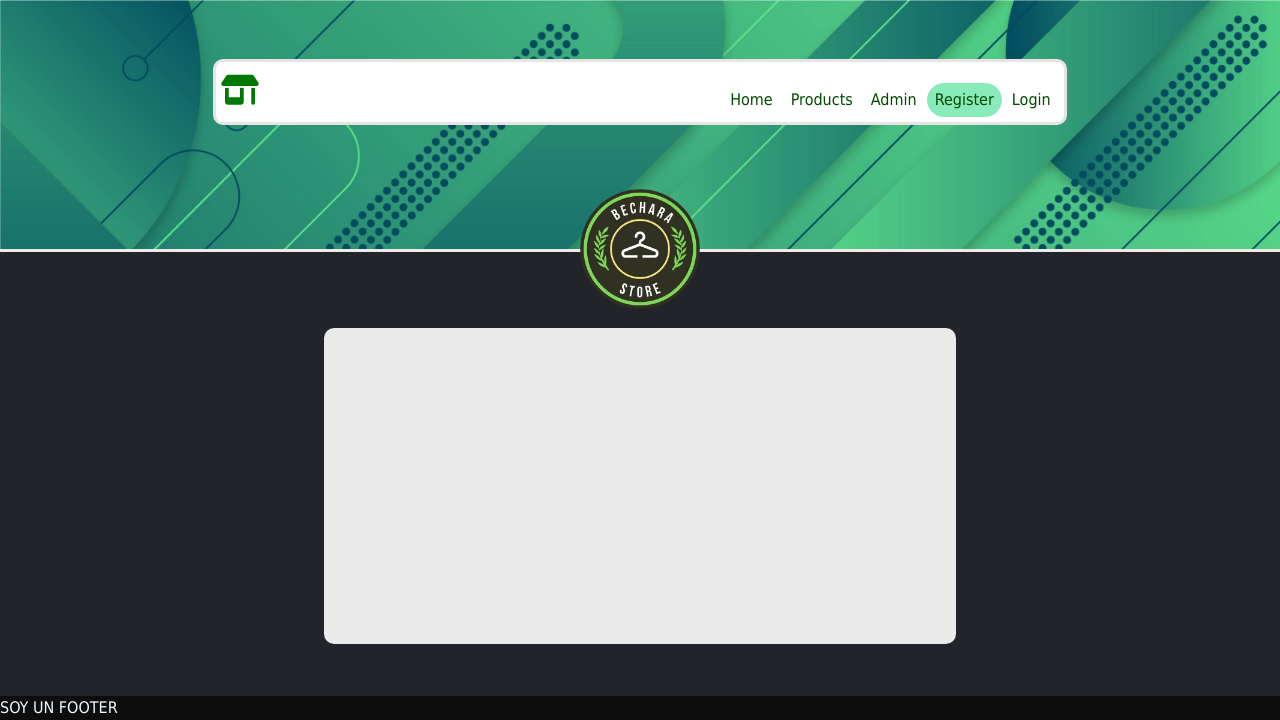
Repository: bechara611/becharastore
Page: /Register
These files come from the project's save history. The page is drawn as it stood at one moment and after the next save; the edit follows.
The browser window is 1280 px wide. The pictures show the whole page.
The project was rebuilt for these pictures with package versions that can differ from the ones it lists, and the page was loaded fresh each time. Also part of the build but not shown: src/Auth/components/Login.jsx.

Above is the page before, as saved 2023-01-27 15:50:25.

### public/index.html
<!DOCTYPE html>
<html lang="en">
  <head>
    <meta charset="utf-8" />
    <link rel="icon" href="%PUBLIC_URL%/favicon.ico" />
    <meta name="viewport" content="width=device-width, initial-scale=1" />
    <meta name="theme-color" content="#000000" />
    <meta
      name="description"
      content="Web site created using create-react-app"
    />
    <link rel="apple-touch-icon" href="%PUBLIC_URL%/logo192.png" />
    <link rel="preconnect" href="https://fonts.googleapis.com">
    <link rel="stylesheet" href="https://cdnjs.cloudflare.com/ajax/libs/font-awesome/6.2.1/css/all.min.css" integrity="sha512-MV7K8+y+gLIBoVD59lQIYicR65iaqukzvf/nwasF0nqhPay5w/9lJmVM2hMDcnK1OnMGCdVK+iQrJ7lzPJQd1w==" crossorigin="anonymous" referrerpolicy="no-referrer" />
<link rel="preconnect" href="https://fonts.gstatic.com" crossorigin>
<link rel="preconnect" href="https://fonts.googleapis.com">
<link rel="preconnect" href="https://fonts.gstatic.com" crossorigin>
<link href="https://fonts.googleapis.com/css2?family=Montserrat:ital,wght@0,100;0,200;0,300;0,400;0,500;0,600;0,700;0,800;0,900;1,100;1,200;1,300;1,500;1,700;1,800;1,900&family=Shadows+Into+Light&display=swap" rel="stylesheet">
    <!--
      manifest.json provides metadata used when your web app is installed on a
      user's mobile device or desktop. See https://developers.google.com/web/fundamentals/web-app-manifest/
    -->
    <link rel="manifest" href="%PUBLIC_URL%/manifest.json" />
    <!--
      Notice the use of %PUBLIC_URL% in the tags above.
      It will be replaced with the URL of the `public` folder during the build.
      Only files inside the `public` folder can be referenced from the HTML.

      Unlike "/favicon.ico" or "favicon.ico", "%PUBLIC_URL%/favicon.ico" will
      work correctly both with client-side routing and a non-root public URL.
      Learn how to configure a non-root public URL by running `npm run build`.
    -->

<link href="https://cdn.jsdelivr.net/npm/bootstrap@5.2.3/dist/css/bootstrap.min.css" rel="stylesheet" >


  </head>
  <body>
    <noscript>You need to enable JavaScript to run this app.</noscript>
    <div id="root"></div>
    <!--
      This HTML file is a template.
      If you open it directly in the browser, you will see an empty page.

      You can add webfonts, meta tags, or analytics to this file.
      The build step will place the bundled scripts into the <body> tag.

      To begin the development, run `npm start` or `yarn start`.
      To create a production bundle, use `npm run build` or `yarn build`.
    -->
    <script src="https://cdn.jsdelivr.net/npm/bootstrap@5.2.3/dist/js/bootstrap.bundle.min.js" integrity="sha384-kenU1KFdBIe4zVF0s0G1M5b4hcpxyD9F7jL+jjXkk+Q2h455rYXK/7HAuoJl+0I4" crossorigin="anonymous"></script>
  </body>

</html>

### src/index.js
import React from 'react';
import ReactDOM from 'react-dom/client';
import './index.css';
import {App} from './App';
import { BrowserRouter } from 'react-router-dom';
import 'animate.css';

const root = ReactDOM.createRoot(document.getElementById('root'));
root.render(
    <BrowserRouter>
    <App />
    </BrowserRouter>
);

### src/index.css

:root {
    --verde1: rgb(2, 74, 2);
    --verde2:rgb(1, 120, 1);
    --verde3:rgb(23, 215, 119,.5);
    --verde4:rgba(78,202,132,255);
    --verde5:rgba(34,128,112,255);
  }


*{
    color: aliceblue;
    /* font-family: 'Montserrat', sans-serif; */
    font-family: 'Droid Sans', Tahoma, Geneva, Verdana, sans-serif;

}

.fondito{
    background: red;
}
.fondito2{
    background: purple;
}

### src/App.jsx
import React from 'react'
import { Caparazon } from './UI/Components/Caparazon'
import { ContenedorPrincipal } from './UI/Components/ContenedorPrincipal'
import { Header } from './UI/Components/Header'
import { Footer } from './UI/Components/Footer'
import { MainCuerpo } from './UI/Components/MainCuerpo'
export const App = () => {
  return (
    <>
      {/*Primero el caparazon de la pagina, que es un div que tiene un 100vh de altura, el cual en el obtiene a sus children:
    esto children son el Header ocupando el 30vh y el Contenedor Principal ocupando el 70vh restante.
  */}
      <Caparazon>
        <Header></Header>
        <ContenedorPrincipal> {/*El contenedor principal a su vez lleva sus hijos dos elementos, el footer que le pusimos absolute para ubicarlo de ultimo y el MainCuerpo que tienes las rutas */}
          <MainCuerpo></MainCuerpo>{/*Este MainCuerpo tiene las rutas de la aplicacion, es el main de la pagina y lo que va a cambiar dependiendo donde estemos */}


          <Footer></Footer>  {/*Este es el footer que utilizamos para el pie de pagina, tiene posicion absolute como dije anteriormnete */}
        </ContenedorPrincipal>


      </Caparazon>
    </>

  )
}

### src/UI/Components/Caparazon.jsx
import React from 'react'
import './Caparazon.css'
export const Caparazon = ({ children }) => {
    return (
        <>
{/*Caparazon princiapal donde el mismo tiene un flex en colum, adentro tiene sus hijos que son un div que
ocupe el 70vh donde eesta todo lo demas y el 30vh primero es del header */}
            <div className='caparazonPrincipal bg-dark'>

                {children}

            </div>
        </>
    )
}

### src/UI/Components/ContenedorPrincipal.jsx
import React from 'react'
import './ContenedorPrincipal.css'
export const ContenedorPrincipal = ({ children }) => {
  return (
    <div className='ContenedorPrincipal'>
    {/*Aca de hijos tendran las rutas para verse en el medio y el footer, este tiene un position relative para que su hijo footer pueda
  ubicarse en la parte de abajo */}
      {children}
    </div>
  )
}

### src/UI/Components/Header.jsx
import React from 'react'
import './Header.css'
import { MenuNavbar } from './MenuNavbar'
import brand from './../../img/brand2.png'


export const Header = () => {
  return (
    <>
      {/*El header ocupa el 30vh de la pagina, el primer div lo tiene, aca se incorpora el nav y el logo. */}
      <div className="header">
        <div className="col-12">


          <MenuNavbar></MenuNavbar>
          <div className="row">
            <div className="col-12 filaLogoHeader">
              <img src={brand} className='brand animate__animated animate__flip' id='brand' alt="brand" />

            </div>
          </div>

        </div>

      </div>



    </>
  )
}

### src/UI/Components/Footer.jsx
import React from 'react'
import './Footer.css'
export const Footer = () => {
  return (
    <>
    {/*Aca este footer le estamos colocando una posicion absolute y a su padre relativa para poder ubicarlo al final de su div padre */}
    <div className="footer col-12">SOY UN FOOTER</div>
    </>

  )
}

### src/UI/Components/MainCuerpo.jsx
import React from 'react'
import { RouterApp } from '../../router/Routes'
import './MainCuerpo.css'

export const MainCuerpo = () => {

  return (
    <>
    {/*Aca se guardan las rutas como tal de la aplicacion y es llamado adentro de contenedorPrincipal */}
    <RouterApp></RouterApp>
    </>
    )
}

### src/UI/Components/Caparazon.css
/*Estilos del caparazon como tal principal*/
    /*Aca colocamos que el caparazonPrincipal ocupa toda la pantalla, y una direccion en column para que el header sea de 30vh y el resto el otro div  */
.caparazonPrincipal{
    display: flex;
    flex-direction: column;
    justify-content: space-between;
    min-height: 100vh;

}

### src/UI/Components/ContenedorPrincipal.css
/*Aca al contenedor ponemos positionRelative para que el footer pueda tener una posicion absoluta y se pueda posicionar al final*/
.ContenedorPrincipal{
    min-height: 65vh;

    position: relative;
}

### src/UI/Components/Header.css
.header {
    display: flex;
    background: rgb(157, 240, 194) url("./../../img/Header2.jpg");
    background-color: rgb(18, 18, 18);
    background-repeat: no-repeat;
    background-attachment: fixed;
    background-size: cover;
    background-position: top center;
    min-height: 30%;
    height: 35vh;
    max-height: 35vh;
    width: 100%;
    min-width: 100%;
    position: relative;
    border-bottom: 3px solid rgb(244, 233, 233);
}

/*Aca estoy posicion en el medio el logo como tal del header y luego abajo le pongo una posicion absolute para moverlo*/
.filaLogoHeader {
    display: flex;
    flex-direction: row;
    justify-content: center;

}

.brand {
    width: 150px;
    height: 150px;
    max-height: 150px;
    max-width: 150px;
    min-height: 150px;
    position: absolute;
    bottom: -30%;
  z-index: 1000;

}

/*?RESPONSIVE*/


@media(max-width:500px){

    .brand {
        width: 120px;
        height:120px;
        max-height: 120px;
        max-width: 120px;
        min-height: 120px;
        position: absolute;
        bottom: 0%;

    }
}

### src/UI/Components/MenuNavbar.jsx
import React from 'react'
import { NavLink } from 'react-router-dom';
import { Animacionlogo } from '../helper/AnimacionAlLogo';
import './MenuNavbar.css'

export const MenuNavbar = () => {
    return (
        <>
            {/**Aca va el navBar de la aplicacion que tendra el menu */}
            <div className="col-12 contenedor-nav">
                <nav className="navbar navbar-expand-md  menunav col-8 ">


                  <NavLink to={'/'}> <i className="fa-solid fa-shop marca"></i></NavLink>


                    <button
                        className="navbar-toggler"
                        type="button"
                        data-bs-toggle="collapse"
                        data-bs-target="#navbarNavAltMarkup"
                        aria-controls="navbarNavAltMarkup"
                        aria-expanded="false"
                        aria-label="Show / Hide Menu"
                    >
                        <span className="navbar-toggler-icon"></span>
                    </button>
                    <div className="collapse navbar-collapse mt-3" id="navbarNavAltMarkup">
                        <div className="navbar-nav col-12  contenedor-interno-nav">
                            <NavLink className={ ({isActive}) => `nav-item nav-link  ${ isActive ? 'activeLink':'' }` } to={'/'} onClick={()=>Animacionlogo()}>
                            Home</NavLink>

                            <NavLink className={ ({isActive}) => `nav-item nav-link  ${ isActive ? 'activeLink':'' }` } to={'/Products'} onClick={()=>Animacionlogo()}>Products</NavLink>
                            <NavLink className={ ({isActive}) => `nav-item nav-link  ${ isActive ? 'activeLink':'' }` } to={'/admin'} onClick={()=>Animacionlogo()}>Admin</NavLink>
                            <NavLink className={ ({isActive}) => `nav-item nav-link  ${ isActive ? 'activeLink':'' }` } to={'/Register'} onClick={()=>Animacionlogo()}>Register</NavLink>
                            <NavLink className={ ({isActive}) => `nav-item nav-link   ${ isActive ? 'activeLink':'' }` } to={'/auth'} onClick={()=>Animacionlogo()}>Login</NavLink>
                            </div>
                    </div>
                </nav>
            </div>
        </>
    )
}

### src/UI/Components/Footer.css
.footer{
    background: rgb(13, 13, 14);
    position: absolute;
    bottom: 0%;

}

### src/router/Routes.jsx
import React from 'react'
import { Navigate, Route, Routes } from 'react-router-dom'
import { Login } from '../Auth/components/Login'
import { Register } from '../Auth/components/Register'

/*Este componente es nuestro router, que segun la URL donde estemos mostrada:
1) Una pagina Home
2) Pagina de registro
3) Pagina de login
4) Pagina de Productos
*/

export const RouterApp = () => {
  return (
    <Routes>
    <Route path='/' element={<h1>Home</h1>}></Route>
    <Route path='/auth' element={<Login></Login>}></Route>
    <Route path='/Register' element={<Register></Register>}></Route>
    <Route path='/Products' element={<h1>Productos</h1>}></Route>
    <Route path='/admin' element={<h1>Admin</h1>}></Route>
    <Route path='/*' element={<Navigate to={'/'}></Navigate>}></Route>
    </Routes>
  )
}

### src/UI/helper/AnimacionAlLogo.js
export const Animacionlogo=()=>{
    const elemento= document.getElementById('brand');
    elemento.classList.remove('animate__flip')

    setTimeout(() => {
     elemento.classList.add('animate__flip')
    }, 200);
    return true;
}

### src/UI/Components/MenuNavbar.css
.contenedor-nav {
    position: fixed;
    display: flex;
    flex-direction: row;
    justify-content: center;
    align-self: center;
    align-items: center;
    position: absolute;
    bottom: 50%;
    z-index: 2;

}
.marca{
 font-size: 30px;
 color: black;
 color: var(--verde2);
 padding-right: 10px;

}

.menunav {
    background: rgba(255, 255, 255, 1);
    border-radius: 10px;
    padding: 5px;
    border: 3px solid rgba(205, 204, 200, 0.5);
    flex-wrap: wrap;
    display: flex;

}

/*Esta parte es el contenedor que tiene el navbar de los navLink es decir, menu como tal.
Estoy diciendo que normalmente estaran a la derecha.
*/
.contenedor-interno-nav {
    display: flex;
    flex-direction: row;
    justify-content: flex-end;
    flex-wrap: wrap;

}
/*Diseno a los links como tal*/
.nav-link{
    margin-left: 2px;
    color: var(--verde1);
    font-weight: 400;
    background: rgb(44, 232, 138,0);
    border-radius: 30px;
    padding: 5px;

}
.nav-link:hover{
   color: var(--verde2)

}
.activeLink{  background: var(--verde3);
    border-radius: 30px;}

/**-----------------------------------------------------------------------------*/

/*?RESPONSIVE*/

/*Para este apartado cuando llegue a cierto tamaño como tal el nav se pondra mas abajo para que al darle al boton se abra y se pueda apreciar y no quede muy arriba*/
@media(max-width:500px) {
    .contenedor-nav {
       position: sticky;

    }
    /*Aca haces que el navBar tenga todo el tamaño al llegar a dispositivos pequeños*/
    .menunav {
        width: 100%;

    }
}

/*SERIE DE RESPONSIVES A LOS PADDING DE LAS OPCIONES DEL MENU*/

@media(max-width:375px){
    .nav-link{
        margin-left: 5px;
    }
}

@media(max-width:262px){
    .nav-link{
        margin-left: 10px;
    }
    .menunav{
        justify-content: center;
        text-align: center;
        align-items: center;
        align-self: center;
    }
}

/*Necesidad de que el nav el menu se pongan o separados o uno debajo del otro cuando se active el boton del collapse*/
@media(max-width:992px) {
    .contenedor-interno-nav {
        justify-content: space-around;
    }
}

### src/Auth/components/Register.jsx
import React from 'react'

export const Register = () => {
  return (
    <div className="contenedor-login col-12">
    <div className="col-12 col-sm-10 col-md-8 col-lg-6 contenedor-form animate__animated animate__backInDown">


    </div>

    </div>
  )
}

### src/Auth/components/Login.css
/*Aca estamos poniendo el tamano del contenedor en 65vh para que sea igual que el espacio que le dimo a
contenedorPrincipal y asi poder centrar el div que tiene el login o registro*/
.contenedor-login {
    height: 65vh;
    display: flex;
    flex-direction: row;
    justify-content: center;
    align-items: center;
    padding: 8px;

}

.contenedor-form {
    background: var(--verde5);
    background: rgb(235, 234, 234);
    border-radius: 10px;

    height: 70%;
}

Loaded but not shown: src/UI/Components/MainCuerpo.css (no stored copy; drawn as an empty file)

After the next save:
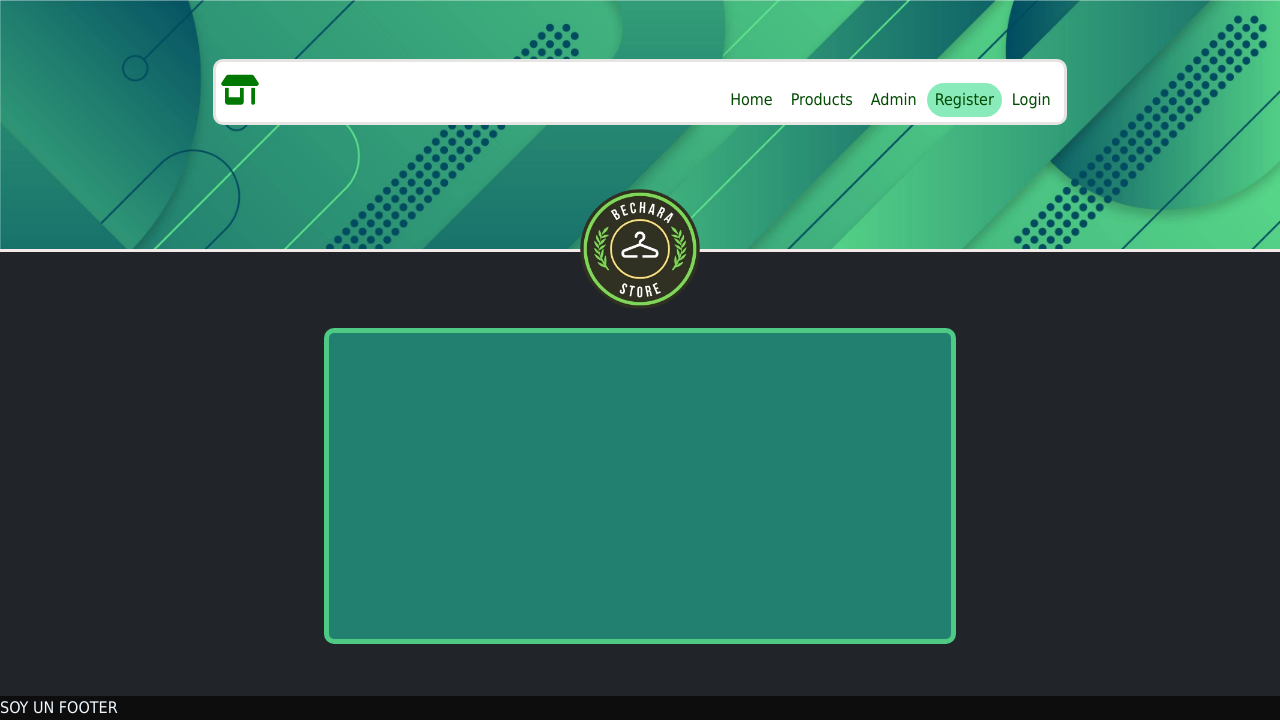
Saved 17 s later.
--- a/src/Auth/components/Login.css
+++ b/src/Auth/components/Login.css
@@ -12,8 +12,7 @@
 
 .contenedor-form {
     background: var(--verde5);
-    background: rgb(235, 234, 234);
     border-radius: 10px;
-
+    border: 5px solid var(--verde4);
     height: 70%;
 }
